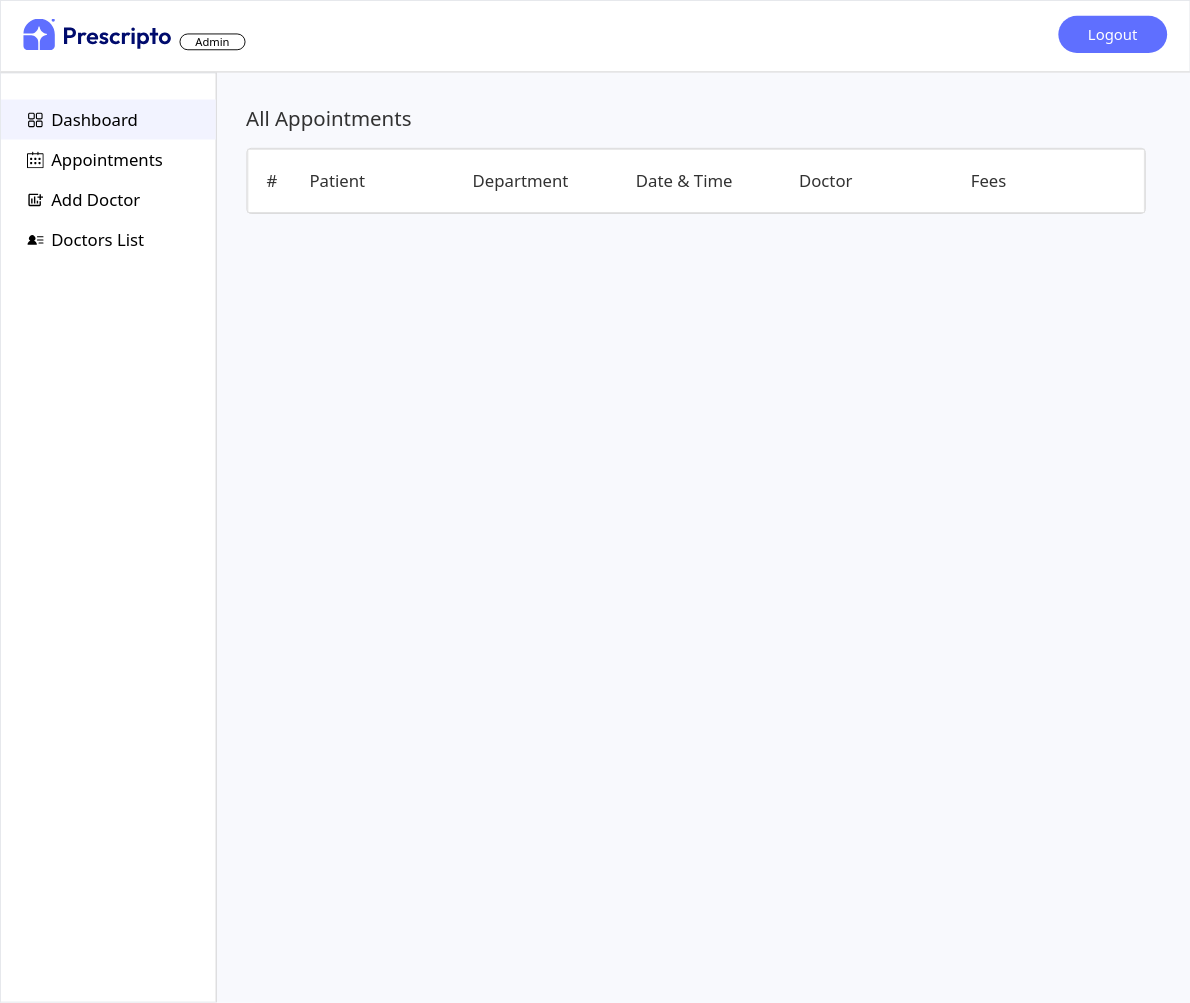
Repository: AzizHamdi99/Prescripto
Page: /allAppointments (app in AdminPanel/)
An editor plug-in stored every save of this project. The page is shown before and after the next save, followed by the edit.
The browser window is 1280 px wide. The pictures show the whole page, at 93% of full size.
The page's requests for data from a server got no answer. The project was rebuilt for these pictures with package versions that can differ from the ones it lists, and the page was loaded fresh each time. No one was signed in, and anything a server would have sent is missing. Also part of the build but not shown: AdminPanel/vite.config.js, AdminPanel/src/componants/AddDoctor.jsx, AdminPanel/src/componants/DocotorsList.jsx.

Above is the page before, as saved 2025-01-17 13:42:17.

### AdminPanel/index.html
<!doctype html>
<html lang="en">
  <head>
    <meta charset="UTF-8" />
    <link rel="icon" type="image/svg+xml" href="/vite.svg" />
    <meta name="viewport" content="width=device-width, initial-scale=1.0" />
    <title>Prescripto Admin</title>
  </head>
  <body>
    <div id="root"></div>
    <script type="module" src="/src/main.jsx"></script>
  </body>
</html>

### AdminPanel/src/main.jsx
import { StrictMode } from 'react'
import { createRoot } from 'react-dom/client'
import './index.css'
import App from './App.jsx'
import { BrowserRouter } from "react-router-dom";

createRoot(document.getElementById('root')).render(
  <BrowserRouter>
    <App />
  </BrowserRouter>,
)

### AdminPanel/src/App.jsx
import { useState } from 'react'
import{Route,Routes} from 'react-router-dom'

import './App.css'
import Navbar from './componants/Navbar'
import SideBar from './componants/SideBar'
import AddDoctor from './componants/AddDoctor'
import DocotorsList from './componants/DocotorsList'
import AllAppointments from './componants/AllAppointments'

function App() {


  return (
    <div>
      <Navbar/>
      <div className='flex'>
      <SideBar/>
      <Routes>
      <Route path='/addDoctor' element={<AddDoctor/>}/>
      <Route path='/doctorsList' element={<DocotorsList/>}/>
      <Route path='allAppointments' element={<AllAppointments/>}/>
      </Routes>
      </div>
    </div>

  )
}

export default App

### AdminPanel/src/componants/Navbar.jsx
import React from 'react'
import { assets } from '../../../frontend/src/assets/assets_frontend/assets'

function Navbar() {
  return (
    <div className='flex items-center justify-between px-6 py-4 pb-5 border-b-[#BEBEBE] border-[1px]  '>
        <div className='flex items-center justify-center'>
        <img src={assets.logo} alt="" className=' w-40 mr-2'  />
         <p className=' px-4 border-black border 1 rounded-xl font-light text-xs relative top-2'>Admin</p>
                </div>
        <span className='py-2 px-8 rounded-3xl bg-[#5F6FFF] text-white'>Logout</span>



    </div>
  )
}

export default Navbar

### AdminPanel/src/componants/SideBar.jsx
import React from 'react'
import { assets } from '../../../frontend/src/assets/assets_frontend/assets'
import { RxDashboard } from "react-icons/rx";
import { SlCalender } from "react-icons/sl";
import { MdAddChart } from "react-icons/md";
import { PiUserListFill } from "react-icons/pi";
import { useNavigate } from 'react-router-dom';


function SideBar() {
  const navigate=useNavigate();
  return (
    <div className='flex flex-col py-7 w-72 text-[18px] border-r-[#BEBEBE] border-[1px] h-[1000px]'>
        <div className='flex items-center gap-2  px-7 py-2 bg-[#F2F3FF] cursor-pointer'>
        <RxDashboard />
        <p>Dashboard</p>
        </div>
        <div onClick={()=>navigate("/allAppointments")} className='flex items-center gap-2 px-7 py-2  cursor-pointer' >
        <SlCalender />
        <p>Appointments</p>
        </div>
        <div onClick={()=>navigate("/addDoctor")} className='flex items-center gap-2 px-7 py-2  cursor-pointer'>
        <MdAddChart />
        <p>Add Doctor</p>
        </div>
        <div onClick={()=>navigate("/doctorsList")}  className='flex items-center gap-2 px-7 py-2  cursor-pointer'>
        <PiUserListFill />
        <p>Doctors List</p>
        </div>

    </div>
  )
}

export default SideBar

### AdminPanel/src/componants/AllAppointments.jsx
import axios from 'axios'
import React, { useEffect, useState } from 'react'
import { BadgeX } from 'lucide-react';
function AllAppointments() {
const[appointments,setAppointments]=useState([])
const [users,setUsers]=useState([])
const [doctors,setDoctors]=useState([])

useEffect(() => {
    const fetchData = async () => {
        try {
            const appointmentsResponse = await axios.get('http://localhost:3000/api/appointment/getAllAppointments');
            const usersResponse = await axios.get('http://localhost:3000/api/user/getAllUsers');
            const doctorsResponse = await axios.get('http://localhost:3000/api/doctors/getAllDoctors');

            setAppointments(appointmentsResponse.data);
            setUsers(usersResponse.data);
            setDoctors(doctorsResponse.data);
        } catch (error) {
            console.error("Error fetching data:", error);
        }
    };

    fetchData();
}, []);
useEffect(() => {
    console.log( appointments);
}, [appointments]);

const deleteAppointment=async(id)=>{
    try{
      const resonse=await axios.post('http://localhost:3000/api/appointment/deleteAppointment',{id:id})
      setAppointments((prev) => prev.filter((appointment) => appointment.id !== id));
      console.log(resonse)
    }catch(error){
      console.log(error)
    }

  }


  return (
    <div className='p-8 pr-12 bg-[#f8f9fd] w-full'>
        <p className='text-[22px] text-[#323232] font-[500] mb-4'>All Appointments</p>
        <div className='border-[1px] border-[#D8D8D8] rounded-[5px] bg-white '>
            <div className='border-[1px]  border-[#E1E1E1] p-5 grid grid-cols-[0.25fr_0.95fr_0.95fr_0.95fr_1fr_0.9fr] text-[18px] text-[#323232] font-[500]'>
                <p>#</p>
                <p>Patient</p>
                <p>Department</p>
                <p>Date & Time</p>
                <p>Doctor</p>
                <p>Fees</p>
            </div>
            <div>
                {appointments.map((item)=>{
                    const user=users.find((u)=>u.id==item.user_id)
                    const doctor=doctors.find((d)=>d.id==item.doctor_id)
                    return(
                        <div className='text-[18px] text-[#696B80] font[400] border-[1px] border-[#E1E1E1] p-5 items-center grid grid-cols-[0.25fr_1fr_1fr_1fr_1fr_0.5fr_0.1fr]' >
                            <p>{item.id}</p>
                            <p>{user.name}</p>
                            <p>{doctor.speciality}</p>
                            <p>{item.time}</p>
                            <div className='flex gap-1 items-center'>
                                <img className='h-[52px] w-[52px] rounded-[50%] bg-[#EAEFFF]' src={`http://localhost:3000/${doctor.image}`} alt="" />
                                <p>{doctor.name}</p>

                            </div>
                            <p>{doctor.fees}$</p>
                            <BadgeX onClick={()=>deleteDoctor(item.id)} className=' cursor-pointer' color="red" />

                        </div>
                    )




                })}

            </div>

        </div>

    </div>
  )
}

export default AllAppointments

### frontend/src/assets/assets_frontend/assets.js
import appointment_img from './appointment_img.png'
import header_img from './header_img.png'
import group_profiles from './group_profiles.png'
import profile_pic from './profile_pic.png'
import contact_image from './contact_image.png'
import about_image from './about_image.png'
import logo from './logo.svg'
import dropdown_icon from './dropdown_icon.svg'
import dropup_icon from './arrow-drop-up.svg'
import menu_icon from './menu_icon.svg'
import cross_icon from './cross_icon.png'
import chats_icon from './chats_icon.svg'
import verified_icon from './verified_icon.svg'
import arrow_icon from './arrow_icon.svg'
import info_icon from './info_icon.svg'
import upload_icon from './upload_icon.png'
import stripe_logo from './stripe_logo.png'
import razorpay_logo from './razorpay_logo.png'
import doc1 from './doc1.png'
import doc2 from './doc2.png'
import doc3 from './doc3.png'
import doc4 from './doc4.png'
import doc5 from './doc5.png'
import doc6 from './doc6.png'
import doc7 from './doc7.png'
import doc8 from './doc8.png'
import doc9 from './doc9.png'
import doc10 from './doc10.png'
import doc11 from './doc11.png'
import doc12 from './doc12.png'
import doc13 from './doc13.png'
import doc14 from './doc14.png'
import doc15 from './doc15.png'
import Dermatologist from './Dermatologist.svg'
import Gastroenterologist from './Gastroenterologist.svg'
import General_physician from './General_physician.svg'
import Gynecologist from './Gynecologist.svg'
import Neurologist from './Neurologist.svg'
import Pediatricians from './Pediatricians.svg'
import uploadare from './upload_area.png'


export const assets = {
    appointment_img,
    header_img,
    group_profiles,
    logo,
    chats_icon,
    verified_icon,
    info_icon,
    profile_pic,
    arrow_icon,
    contact_image,
    about_image,
    menu_icon,
    cross_icon,
    dropdown_icon,
    upload_icon,
    stripe_logo,
    razorpay_logo,
    dropup_icon,
    uploadare
}

export const specialityData = [
    {
        speciality: 'General physician',
        image: General_physician
    },
    {
        speciality: 'Gynecologist',
        image: Gynecologist
    },
    {
        speciality: 'Dermatologist',
        image: Dermatologist
    },
    {
        speciality: 'Pediatricians',
        image: Pediatricians
    },
    {
        speciality: 'Neurologist',
        image: Neurologist
    },
    {
        speciality: 'Gastroenterologist',
        image: Gastroenterologist
    },
]

export const doctors = [
    {
        _id: 'doc1',
        name: 'Dr. Richard James',
        image: doc1,
        speciality: 'General physician',
        degree: 'MBBS',
        experience: '4 Years',
        about: 'Dr. Davis has a strong commitment to delivering comprehensive medical care, focusing on preventive medicine, early diagnosis, and effective treatment strategies. Dr. Davis has a strong commitment to delivering comprehensive medical care, focusing on preventive medicine, early diagnosis, and effective treatment strategies.',
        fees: 50,
        address: {
            line1: '17th Cross, Richmond',
            line2: 'Circle, Ring Road, London'
        }
    },
    {
        _id: 'doc2',
        name: 'Dr. Emily Larson',
        image: doc2,
        speciality: 'Gynecologist',
        degree: 'MBBS',
        experience: '3 Years',
        about: 'Dr. Davis has a strong commitment to delivering comprehensive medical care, focusing on preventive medicine, early diagnosis, and effective treatment strategies. Dr. Davis has a strong commitment to delivering comprehensive medical care, focusing on preventive medicine, early diagnosis, and effective treatment strategies.',
        fees: 60,
        address: {
            line1: '27th Cross, Richmond',
            line2: 'Circle, Ring Road, London'
        }
    },
    {
        _id: 'doc3',
        name: 'Dr. Sarah Patel',
        image: doc3,
        speciality: 'Dermatologist',
        degree: 'MBBS',
        experience: '1 Years',
        about: 'Dr. Davis has a strong commitment to delivering comprehensive medical care, focusing on preventive medicine, early diagnosis, and effective treatment strategies. Dr. Davis has a strong commitment to delivering comprehensive medical care, focusing on preventive medicine, early diagnosis, and effective treatment strategies.',
        fees: 30,
        address: {
            line1: '37th Cross, Richmond',
            line2: 'Circle, Ring Road, London'
        }
    },
    {
        _id: 'doc4',
        name: 'Dr. Christopher Lee',
        image: doc4,
        speciality: 'Pediatricians',
        degree: 'MBBS',
        experience: '2 Years',
        about: 'Dr. Davis has a strong commitment to delivering comprehensive medical care, focusing on preventive medicine, early diagnosis, and effective treatment strategies. Dr. Davis has a strong commitment to delivering comprehensive medical care, focusing on preventive medicine, early diagnosis, and effective treatment strategies.',
        fees: 40,
        address: {
            line1: '47th Cross, Richmond',
            line2: 'Circle, Ring Road, London'
        }
    },
    {
        _id: 'doc5',
        name: 'Dr. Jennifer Garcia',
        image: doc5,
        speciality: 'Neurologist',
        degree: 'MBBS',
        experience: '4 Years',
        about: 'Dr. Davis has a strong commitment to delivering comprehensive medical care, focusing on preventive medicine, early diagnosis, and effective treatment strategies. Dr. Davis has a strong commitment to delivering comprehensive medical care, focusing on preventive medicine, early diagnosis, and effective treatment strategies.',
        fees: 50,
        address: {
            line1: '57th Cross, Richmond',
            line2: 'Circle, Ring Road, London'
        }
    },
    {
        _id: 'doc6',
        name: 'Dr. Andrew Williams',
        image: doc6,
        speciality: 'Neurologist',
        degree: 'MBBS',
        experience: '4 Years',
        about: 'Dr. Davis has a strong commitment to delivering comprehensive medical care, focusing on preventive medicine, early diagnosis, and effective treatment strategies. Dr. Davis has a strong commitment to delivering comprehensive medical care, focusing on preventive medicine, early diagnosis, and effective treatment strategies.',
        fees: 50,
        address: {
            line1: '57th Cross, Richmond',
            line2: 'Circle, Ring Road, London'
        }
    },
    {
        _id: 'doc7',
        name: 'Dr. Christopher Davis',
        image: doc7,
        speciality: 'General physician',
        degree: 'MBBS',
        experience: '4 Years',
        about: 'Dr. Davis has a strong commitment to delivering comprehensive medical care, focusing on preventive medicine, early diagnosis, and effective treatment strategies. Dr. Davis has a strong commitment to delivering comprehensive medical care, focusing on preventive medicine, early diagnosis, and effective treatment strategies.',
        fees: 50,
        address: {
            line1: '17th Cross, Richmond',
            line2: 'Circle, Ring Road, London'
        }
    },
    {
        _id: 'doc8',
        name: 'Dr. Timothy White',
        image: doc8,
        speciality: 'Gynecologist',
        degree: 'MBBS',
        experience: '3 Years',
        about: 'Dr. Davis has a strong commitment to delivering comprehensive medical care, focusing on preventive medicine, early diagnosis, and effective treatment strategies. Dr. Davis has a strong commitment to delivering comprehensive medical care, focusing on preventive medicine, early diagnosis, and effective treatment strategies.',
        fees: 60,
        address: {
            line1: '27th Cross, Richmond',
            line2: 'Circle, Ring Road, London'
        }
    },
    {
        _id: 'doc9',
        name: 'Dr. Ava Mitchell',
        image: doc9,
        speciality: 'Dermatologist',
        degree: 'MBBS',
        experience: '1 Years',
        about: 'Dr. Davis has a strong commitment to delivering comprehensive medical care, focusing on preventive medicine, early diagnosis, and effective treatment strategies. Dr. Davis has a strong commitment to delivering comprehensive medical care, focusing on preventive medicine, early diagnosis, and effective treatment strategies.',
        fees: 30,
        address: {
            line1: '37th Cross, Richmond',
            line2: 'Circle, Ring Road, London'
        }
    },
    {
        _id: 'doc10',
        name: 'Dr. Jeffrey King',
        image: doc10,
        speciality: 'Pediatricians',
        degree: 'MBBS',
        experience: '2 Years',
        about: 'Dr. Davis has a strong commitment to delivering comprehensive medical care, focusing on preventive medicine, early diagnosis, and effective treatment strategies. Dr. Davis has a strong commitment to delivering comprehensive medical care, focusing on preventive medicine, early diagnosis, and effective treatment strategies.',
        fees: 40,
        address: {
            line1: '47th Cross, Richmond',
            line2: 'Circle, Ring Road, London'
        }
    },
    {
        _id: 'doc11',
        name: 'Dr. Zoe Kelly',
        image: doc11,
        speciality: 'Neurologist',
        degree: 'MBBS',
        experience: '4 Years',
        about: 'Dr. Davis has a strong commitment to delivering comprehensive medical care, focusing on preventive medicine, early diagnosis, and effective treatment strategies. Dr. Davis has a strong commitment to delivering comprehensive medical care, focusing on preventive medicine, early diagnosis, and effective treatment strategies.',
        fees: 50,
        address: {
            line1: '57th Cross, Richmond',
            line2: 'Circle, Ring Road, London'
        }
    },
    {
        _id: 'doc12',
        name: 'Dr. Patrick Harris',
        image: doc12,
        speciality: 'Neurologist',
        degree: 'MBBS',
        experience: '4 Years',
        about: 'Dr. Davis has a strong commitment to delivering comprehensive medical care, focusing on preventive medicine, early diagnosis, and effective treatment strategies. Dr. Davis has a strong commitment to delivering comprehensive medical care, focusing on preventive medicine, early diagnosis, and effective treatment strategies.',
        fees: 50,
        address: {
            line1: '57th Cross, Richmond',
            line2: 'Circle, Ring Road, London'
        }
    },
    {
        _id: 'doc13',
        name: 'Dr. Chloe Evans',
        image: doc13,
        speciality: 'General physician',
        degree: 'MBBS',
        experience: '4 Years',
        about: 'Dr. Davis has a strong commitment to delivering comprehensive medical care, focusing on preventive medicine, early diagnosis, and effective treatment strategies. Dr. Davis has a strong commitment to delivering comprehensive medical care, focusing on preventive medicine, early diagnosis, and effective treatment strategies.',
        fees: 50,
        address: {
            line1: '17th Cross, Richmond',
            line2: 'Circle, Ring Road, London'
        }
    },
    {
        _id: 'doc14',
        name: 'Dr. Ryan Martinez',
        image: doc14,
        speciality: 'Gynecologist',
        degree: 'MBBS',
        experience: '3 Years',
        about: 'Dr. Davis has a strong commitment to delivering comprehensive medical care, focusing on preventive medicine, early diagnosis, and effective treatment strategies. Dr. Davis has a strong commitment to delivering comprehensive medical care, focusing on preventive medicine, early diagnosis, and effective treatment strategies.',
        fees: 60,
        address: {
            line1: '27th Cross, Richmond',
            line2: 'Circle, Ring Road, London'
        }
    },
    {
        _id: 'doc15',
        name: 'Dr. Amelia Hill',
        image: doc15,
        speciality: 'Dermatologist',
        degree: 'MBBS',
        experience: '1 Years',
        about: 'Dr. Davis has a strong commitment to delivering comprehensive medical care, focusing on preventive medicine, early diagnosis, and effective treatment strategies. Dr. Davis has a strong commitment to delivering comprehensive medical care, focusing on preventive medicine, early diagnosis, and effective treatment strategies.',
        fees: 30,
        address: {
            line1: '37th Cross, Richmond',
            line2: 'Circle, Ring Road, London'
        }
    },
]

Loaded but not shown: AdminPanel/src/index.css (common file); AdminPanel/tailwind.config.js (common file); AdminPanel/src/App.css (no stored copy; drawn as an empty file)

After the next save:
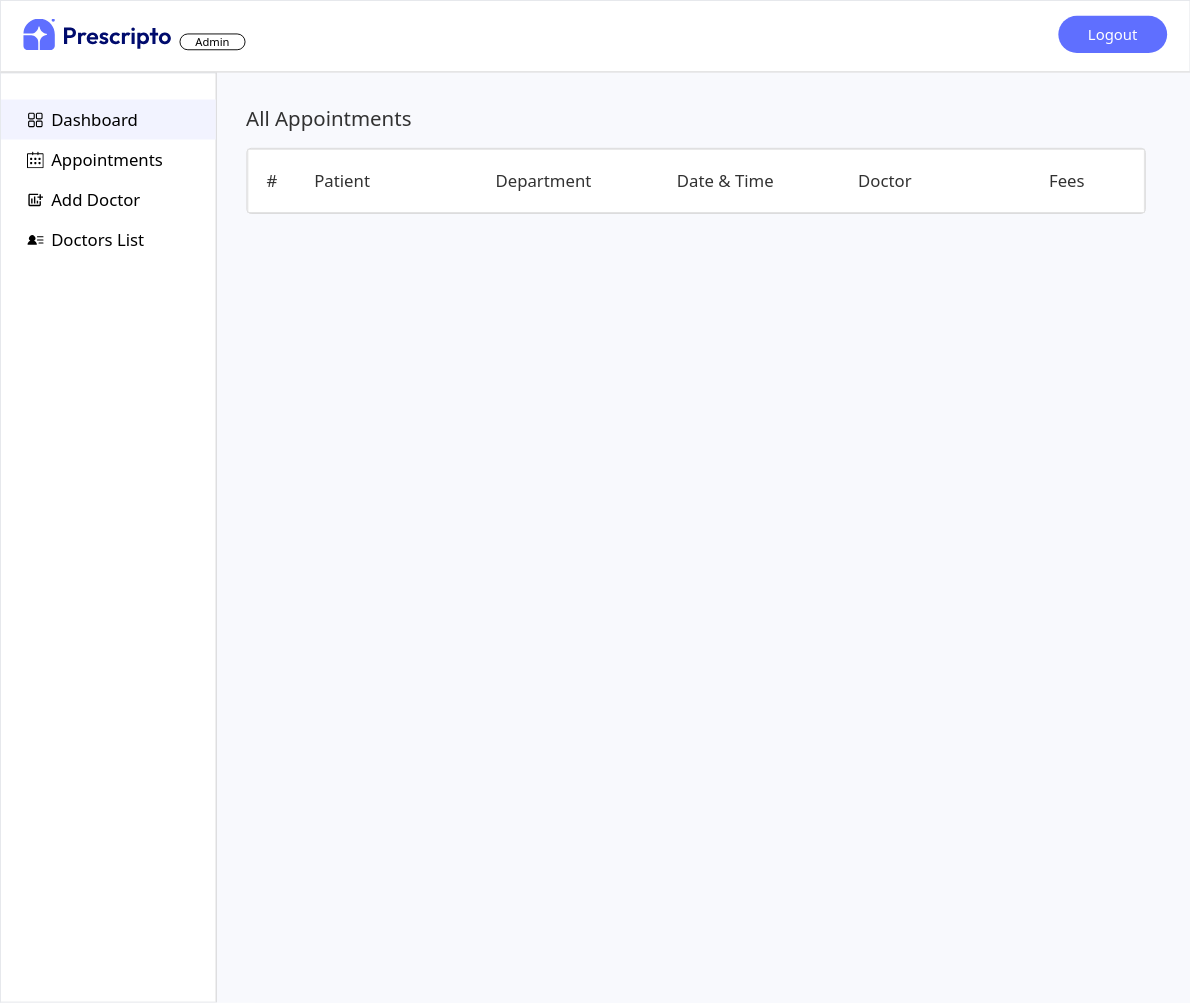
Saved 6 s later.
--- a/AdminPanel/src/componants/AllAppointments.jsx
+++ b/AdminPanel/src/componants/AllAppointments.jsx
@@ -43,7 +43,7 @@ const deleteAppointment=async(id)=>{
     <div className='p-8 pr-12 bg-[#f8f9fd] w-full'>
         <p className='text-[22px] text-[#323232] font-[500] mb-4'>All Appointments</p>
         <div className='border-[1px] border-[#D8D8D8] rounded-[5px] bg-white '>
-            <div className='border-[1px]  border-[#E1E1E1] p-5 grid grid-cols-[0.25fr_0.95fr_0.95fr_0.95fr_1fr_0.9fr] text-[18px] text-[#323232] font-[500]'>
+            <div className='border-[1px]  border-[#E1E1E1] p-5 grid grid-cols-[0.25fr_0.95fr_0.95fr_0.95fr_1fr_0.4fr] text-[18px] text-[#323232] font-[500]'>
                 <p>#</p>
                 <p>Patient</p>
                 <p>Department</p>
